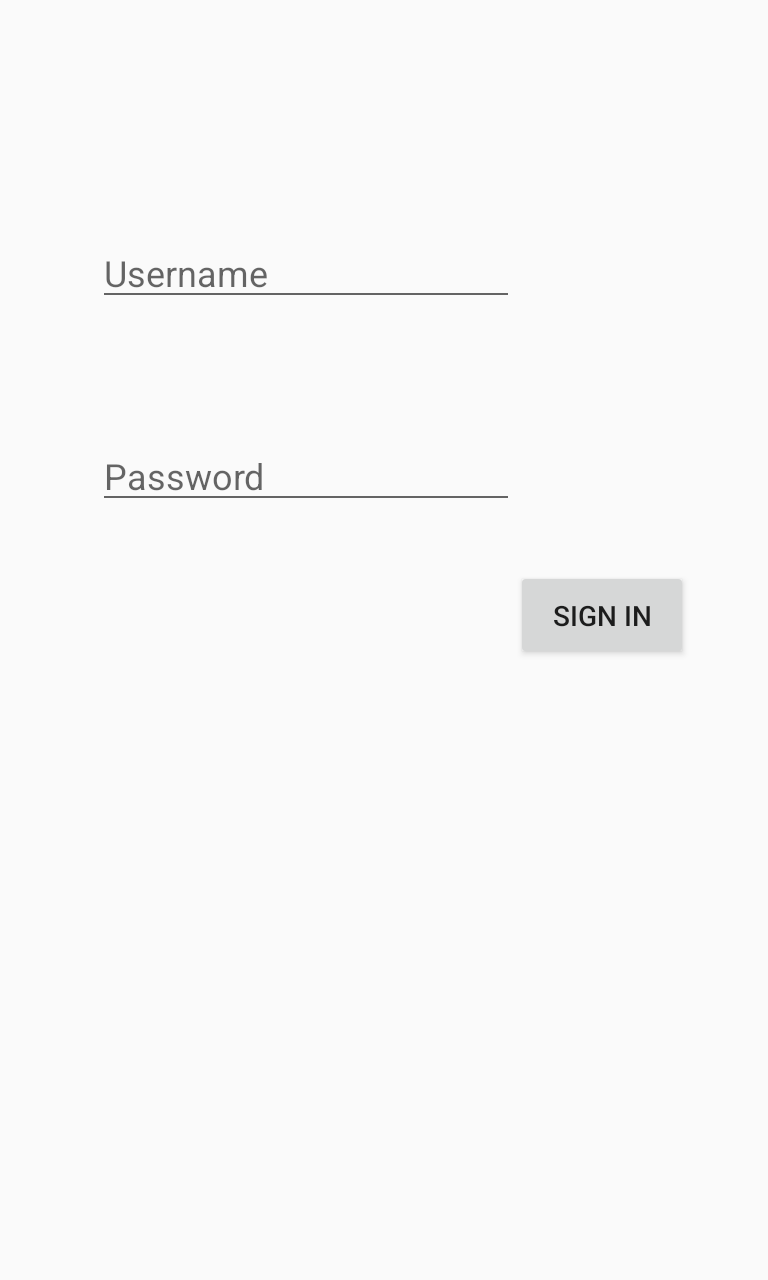
Repository: LogInc/oscar_app
Layout: Android/Oscar/res/layout/activity_login.xml
These files come from the project's save history. The layout is drawn as it stood at one moment and after the next save; the edit follows.
It is drawn on a 768 x 1280 px phone screen (xhdpi) without system bars, with theme AppTheme; the app's code is not run.

Above is the layout before, as saved 2015-03-04 12:46:13.

### Android/Oscar/res/layout/activity_login.xml
<RelativeLayout xmlns:android="http://schemas.android.com/apk/res/android"
    xmlns:tools="http://schemas.android.com/tools"
    android:layout_width="match_parent"
    android:layout_height="match_parent"
    tools:context="${relativePackage}.${activityClass}"
    android:background="login">

    <EditText
        android:id="@+id/username"
        android:layout_width="wrap_content"
        android:layout_height="wrap_content"
        android:layout_alignParentLeft="true"
        android:layout_marginLeft="48dp"
        android:layout_marginTop="114dp"
        android:ems="10"
        android:hint="@string/Username" />

    <Button
        android:id="@+id/SignIn"
        android:layout_width="wrap_content"
        android:layout_height="wrap_content"
        android:layout_alignParentRight="true"
        android:layout_below="@+id/username"
        android:layout_marginRight="39dp"
        android:layout_marginTop="128dp"
        android:text="@string/SignIn" />

    <EditText
        android:id="@+id/password"
        android:layout_width="wrap_content"
        android:layout_height="wrap_content"
        android:layout_alignLeft="@+id/username"
        android:layout_below="@+id/username"
        android:layout_marginTop="60dp"
        android:ems="10"
        android:hint="@string/Password" />

</RelativeLayout>

### Android/Oscar/res/values/strings.xml
<?xml version="1.0" encoding="utf-8"?>
<resources>

    <string name="app_name">Oscar</string>
    <string name="title_activity_login">Login</string>
    <string name="hello_world">Hello world!</string>
    <string name="Password">Password</string>
    <string name="Username">Username</string>
    <string name="SignIn">Sign In</string>
    <string name="title_activity_home">Home</string>
    <string name="Modes">House Modes</string>
    <string name="OscarHouse">Enter Oscar Home</string>
    <string name="title_activity_modes">Modes</string>
    <string name="Gathering">Gathering Mode</string>
    <string name="Power">Power Saving</string>
    <string name="LightsOut">Lights Out</string>
    <string name="Study">Study Mode</string>
    <string name="State">No State</string>

</resources>

Loaded but not shown: Android/Oscar/res/values/styles.xml (common file); Android/Oscar/res/values-v11/styles.xml (common file); Android/Oscar/res/values-v14/styles.xml (common file)

After the next save:
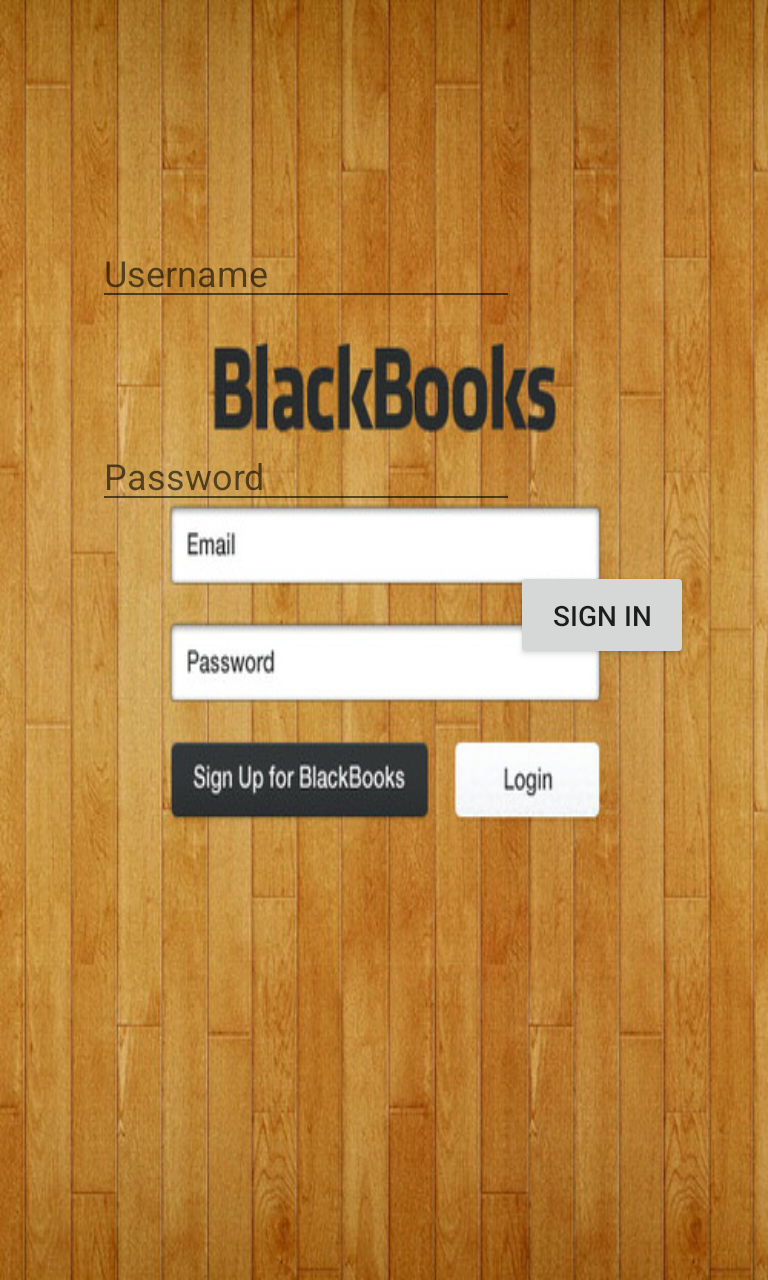
Saved 26 s later.
--- a/Android/Oscar/res/layout/activity_login.xml
+++ b/Android/Oscar/res/layout/activity_login.xml
@@ -3,7 +3,9 @@
     android:layout_width="match_parent"
     android:layout_height="match_parent"
     tools:context="${relativePackage}.${activityClass}"
-    android:background="login">
+    android:background="@drawable/login"
+
+    >
 
     <EditText
         android:id="@+id/username"

After the save that followed:
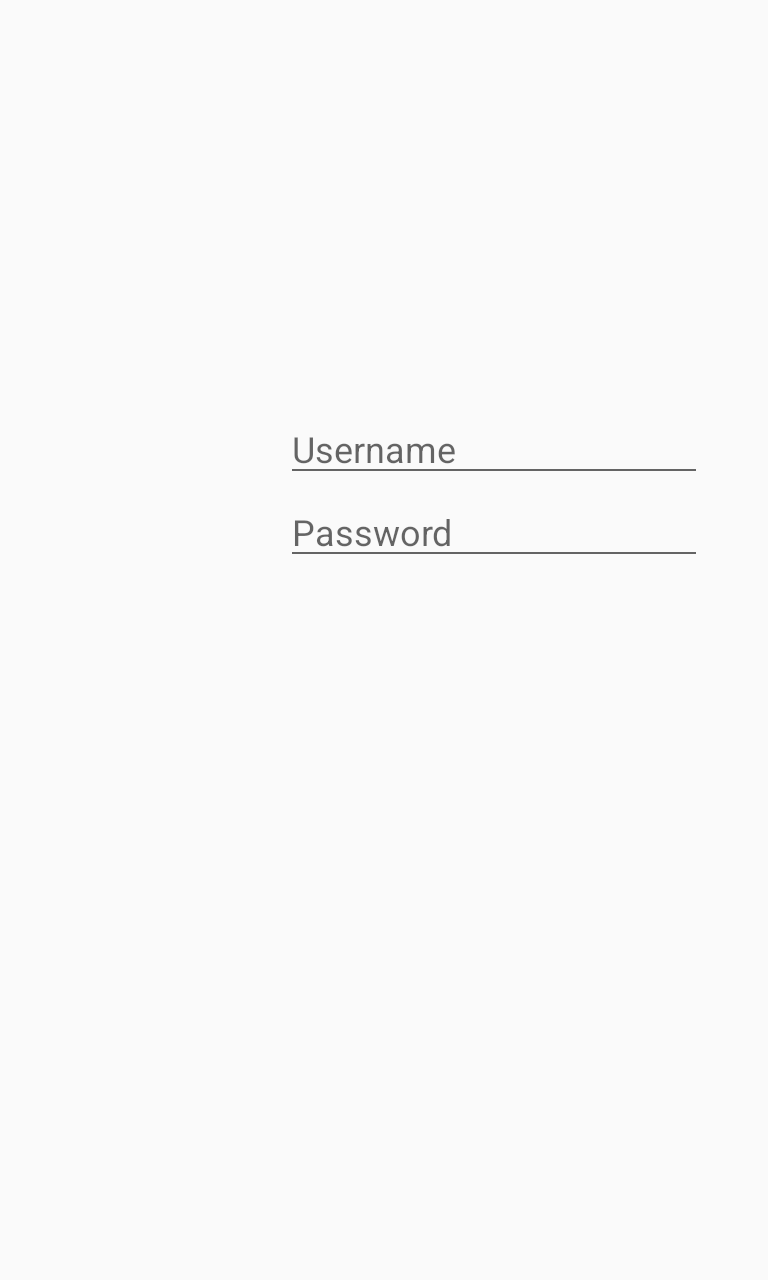
Saved 68 s later.
--- a/Android/Oscar/res/layout/activity_login.xml
+++ b/Android/Oscar/res/layout/activity_login.xml
@@ -3,7 +3,7 @@
     android:layout_width="match_parent"
     android:layout_height="match_parent"
     tools:context="${relativePackage}.${activityClass}"
-    android:background="@drawable/login"
+
 
     >
 
@@ -11,29 +11,19 @@
         android:id="@+id/username"
         android:layout_width="wrap_content"
         android:layout_height="wrap_content"
-        android:layout_alignParentLeft="true"
-        android:layout_marginLeft="48dp"
-        android:layout_marginTop="114dp"
+        android:layout_alignLeft="@+id/password"
+        android:layout_alignParentTop="true"
+        android:layout_marginTop="202dp"
         android:ems="10"
         android:hint="@string/Username" />
-
-    <Button
-        android:id="@+id/SignIn"
-        android:layout_width="wrap_content"
-        android:layout_height="wrap_content"
-        android:layout_alignParentRight="true"
-        android:layout_below="@+id/username"
-        android:layout_marginRight="39dp"
-        android:layout_marginTop="128dp"
-        android:text="@string/SignIn" />
 
     <EditText
         android:id="@+id/password"
         android:layout_width="wrap_content"
         android:layout_height="wrap_content"
-        android:layout_alignLeft="@+id/username"
+        android:layout_alignParentRight="true"
         android:layout_below="@+id/username"
-        android:layout_marginTop="60dp"
+        android:layout_marginRight="32dp"
         android:ems="10"
         android:hint="@string/Password" />
 
